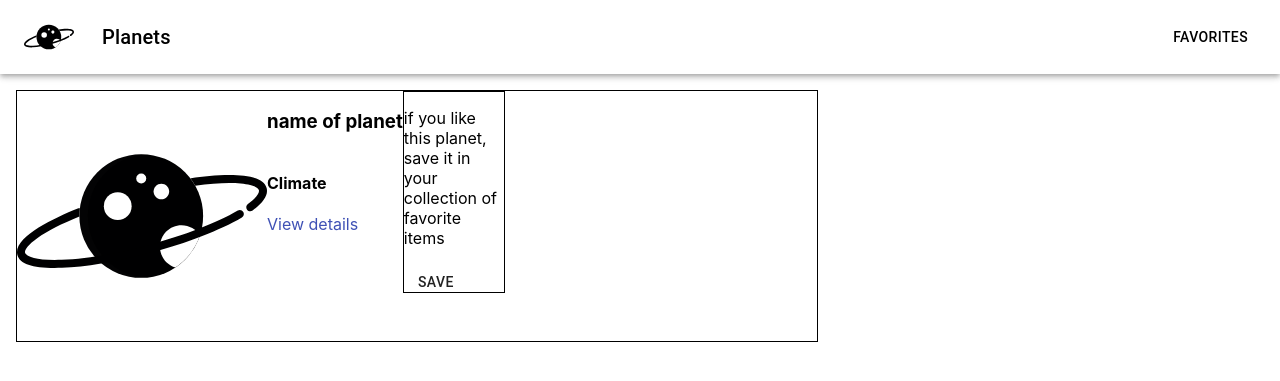
Repository: samridhie01/assignment
Page: /
The author's editor kept a copy of each file at every save. The page is drawn from the files as they stood at one save, then again after the next save.
The browser window is 1280 px wide. The pictures show the whole page.
The page's requests for data from a server got no answer. The project was rebuilt for these pictures with package versions that can differ from the ones it lists, and the page was loaded fresh each time. No one was signed in, and anything a server would have sent is missing.

Above is the page before, as saved 2020-08-19 21:49:47.

### src/components/app/App.tsx
import React, { useEffect } from "react";
import axios, { AxiosResponse } from 'axios';
import { useStyles } from "./AppStyle";
import PropTypes from "prop-types";
import Header from "../header/Header";
import Planets from "../planets/Planets";



const App = () => {
  const classes = useStyles();

  useEffect( ()=>{
   const result = axios({
     method: 'GET',
     url: `https://swapi.dev/api/planets`
   }).then((response:AxiosResponse)=>{
    console.log( response.data.results);
   })



  })
  return (
    <>
    <Header />
    <Planets/>
    </>

  );
};
export default App;

### src/components/app/AppStyle.ts
import {makeStyles, createStyles, Theme} from '@material-ui/core/styles';



export const useStyles = makeStyles((theme: Theme) => createStyles({
  root: {
    flexGrow: 1,
  },
  menuButton: {
    marginRight: theme.spacing(2),
  },
  title: {
    flexGrow: 1,
  },

}));

### src/components/header/Header.tsx
import React from "react";
import AppBar from "@material-ui/core/AppBar";
import {Toolbar, makeStyles, createStyles, IconButton, Button,Theme} from "@material-ui/core";
import {ReactComponent as PlanetIcon} from "../../assets/planet.svg";
import Typography from "@material-ui/core/Typography";

const useStyles = makeStyles((theme: Theme) =>
  createStyles({
    root: {
      flexGrow: 1,
    },
    menuButton: {
      marginRight: theme.spacing(2),
    },
    title: {
      flexGrow: 1,
    },
    logo: {
       width: 50,
       height: 50
      },
  }),
);


const Header =  ()=>{
    const classes=useStyles();
return(
<AppBar color="inherit"  position="static">
    <Toolbar>
        <IconButton edge="start" className={classes.menuButton} color="inherit" aria-label="menu">
        <PlanetIcon className={classes.logo}/>
        </IconButton>
        <Typography variant="h6" className={classes.title}>
            Planets
        </Typography>
        <Button color="inherit">Favorites</Button>
    </Toolbar>
</AppBar>
)


}

export default Header;

### src/components/planets/Planets.tsx
import React from "react";
import { makeStyles } from "@material-ui/core/styles";
import { Box, Link, Button } from "@material-ui/core";
import { ReactComponent as PlanetIcon } from "../../assets/planet.svg";

const useStyles = makeStyles({
  flexContainer: {
    display: "flex",
    flexDirection: "row"
  },
  flexContainer2: {
    display: "flex",
    flexDirection: "column"
  },

  bullet: {
    display: "inline-block",
    margin: "0 2px",
    transform: "scale(0.8)"
  },
  title: {
    fontSize: 14
  },
  pos: {
    marginBottom: 12
  }
});

export default function Planets() {
  const classes = useStyles();
  const bull = <span className={classes.bullet}>•</span>;

  return (
    <Box m={2} border={1} width={800} className={classes.flexContainer}>
      <PlanetIcon />
      <div className={classes.flexContainer2}>
        <h3>name of planet</h3>
        <h4>Climate</h4>
        <Link>View details</Link>
      </div>
      <Box border={1} width={100} height={200}>
          <p>if you like this planet, save it in your collection of favorite items</p>
          <Button>Save</Button>
      </Box>
    </Box>
  );
}

Loaded but not shown: public/index.html (common file); src/index.tsx (common file); src/index.css (common file); src/serviceWorker.ts (common file)

After the next save:
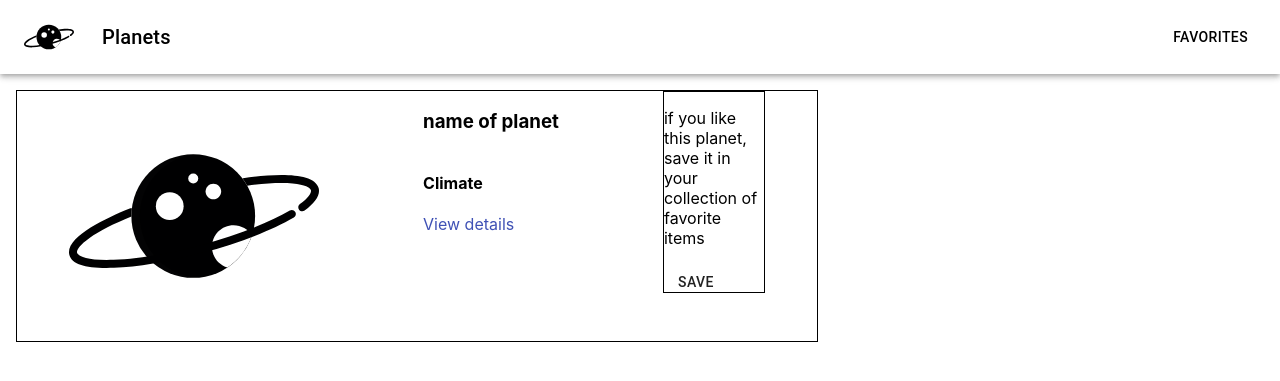
Saved 114 s later.
--- a/src/components/planets/Planets.tsx
+++ b/src/components/planets/Planets.tsx
@@ -6,7 +6,8 @@ import { ReactComponent as PlanetIcon } from "../../assets/planet.svg";
 const useStyles = makeStyles({
   flexContainer: {
     display: "flex",
-    flexDirection: "row"
+    flexDirection: "row",
+    justifyContent: "space-around"
   },
   flexContainer2: {
     display: "flex",
